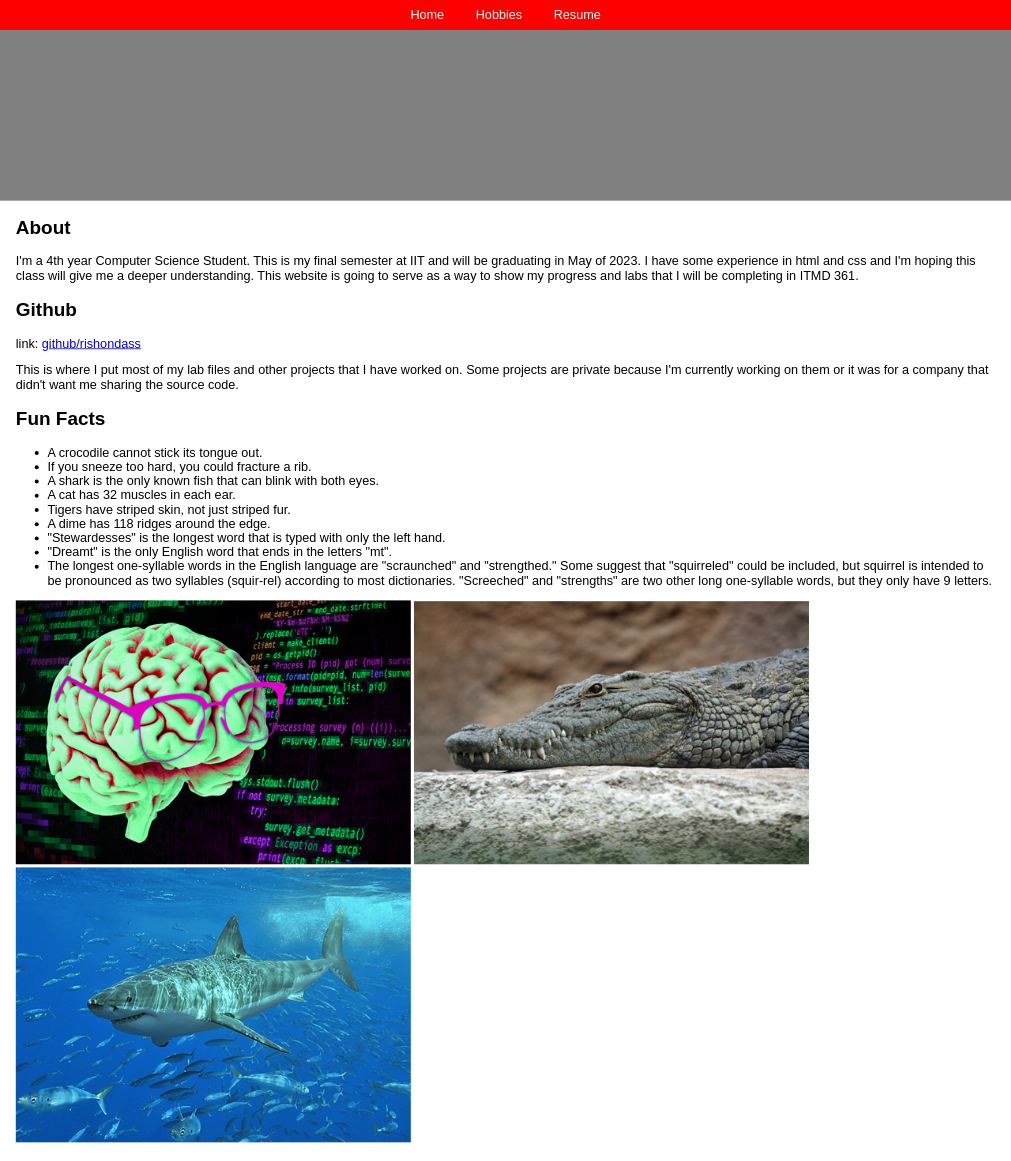
Repository: rishondass/ITMD361-Project2
Page: index.html
The author's editor kept a copy of each file at every save. The page is drawn from the files as they stood at one save, then again after the next save.
The browser window is 1280 px wide. The pictures show the whole page, at 79% of full size.

Above is the page before, as saved 2023-03-07 21:37:12.

### index.html
<!DOCTYPE html>
<html lang="en">
<head>
    <meta charset="UTF-8">
    <meta name="viewport" content="width=device-width, initial-scale=1.0">
    <link rel="stylesheet" href="css/style.css">
    <link rel="stylesheet" href="css/normalize.css">
    <title>Home</title>
</head>
<body>
    <nav id="main-nav">
        <ul>
            <li>
                <a href="index.html">Home</a>
            </li>
            <li>
                <a href="hobbies.html">Hobbies</a>
            </li>
            <li>
                <a href="resume.html">Resume</a>
            </li>
        </ul>
    </nav>
    <div id="hero-section">

    </div>
    <div id="main-container">
        <h2>
            About
        </h2>
        <p>
            I'm a 4th year Computer Science Student. This is my final semester at IIT and will be graduating in May of 2023. I have some experience in html and css and I'm hoping this class will give me a deeper understanding. This website is going to serve as a way to show my progress and labs that I will be completing in ITMD 361.
        </p>
        <h2>
            Github
        </h2>
        <p>
            link: <a target="_blank" href="https://www.github.com/rishondass">github/rishondass</a>
        </p>
        <p>
            This is where I put most of my lab files and other projects that I have worked on. Some projects are private because I'm currently working on them or it was for a company that didn't want me sharing the source code.
        </p>
        <h2>
            Fun Facts
        </h2>
        <ul>
            <li>
                A crocodile cannot stick its tongue out.
            </li>
            <li>
                If you sneeze too hard, you could fracture a rib.
            </li>
            <li>
                A shark is the only known fish that can blink with both eyes.
            </li>
            <li>
                A cat has 32 muscles in each ear.
            </li>
            <li>
                Tigers have striped skin, not just striped fur.
            </li>
            <li>
                A dime has 118 ridges around the edge.
            </li>
            <li>
                "Stewardesses" is the longest word that is typed with only the left hand.
            </li>
            <li>
                "Dreamt" is the only English word that ends in the letters "mt".
            </li>
            <li>
                The longest one-syllable words in the English language are "scraunched" and "strengthed." Some suggest that "squirreled" could be included, but squirrel is intended to be pronounced as two syllables (squir-rel) according to most dictionaries. "Screeched" and "strengths" are two other long one-syllable words, but they only have 9 letters.
            </li>
        </ul>
        <img src="images/code.jpg" alt="image_of_code">
        <img src="images/Nile_crocodile_head.jpg" alt="image_of_crocodile">
        <img src="images/White_shark.jpg" alt="image_of_shark">

    </div>
</body>
</html>

### css/style.css
#main-nav{
    background-color: red;
    overflow: hidden;
}

#main-nav ul{
    list-style-type: none;
    padding: 0;
    margin: 0;
    display: flex;
    justify-content: center;
}

#main-nav a{
   display: block;
   padding: 10px 20px;
   text-decoration: none;
   color: white;
}


#main-nav a:hover{
    background-color: rgb(255, 255, 255);
    color:black;
}

#main-container{
    margin: 20px;
}

#hero-section{
    width: 100%;
    height: 30vh;
    background-color: gray;
    margin: 0;
}

Loaded but not shown: css/normalize.css (library)

After the next save:
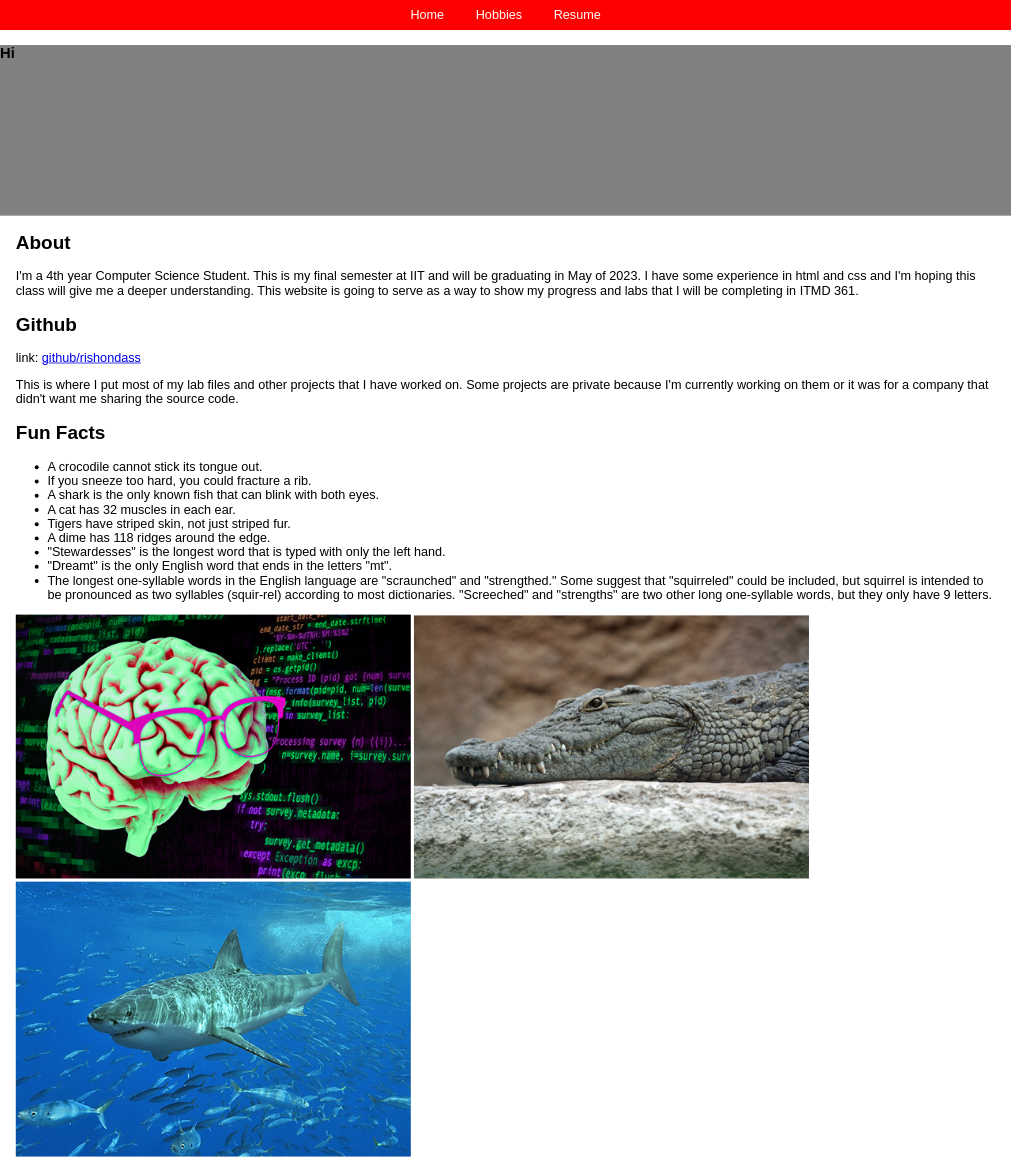
Saved 10 s later.
--- a/index.html
+++ b/index.html
@@ -22,7 +22,7 @@
         </ul>
     </nav>
     <div id="hero-section">
-
+        <h3>Hi</h3>
     </div>
     <div id="main-container">
         <h2>
